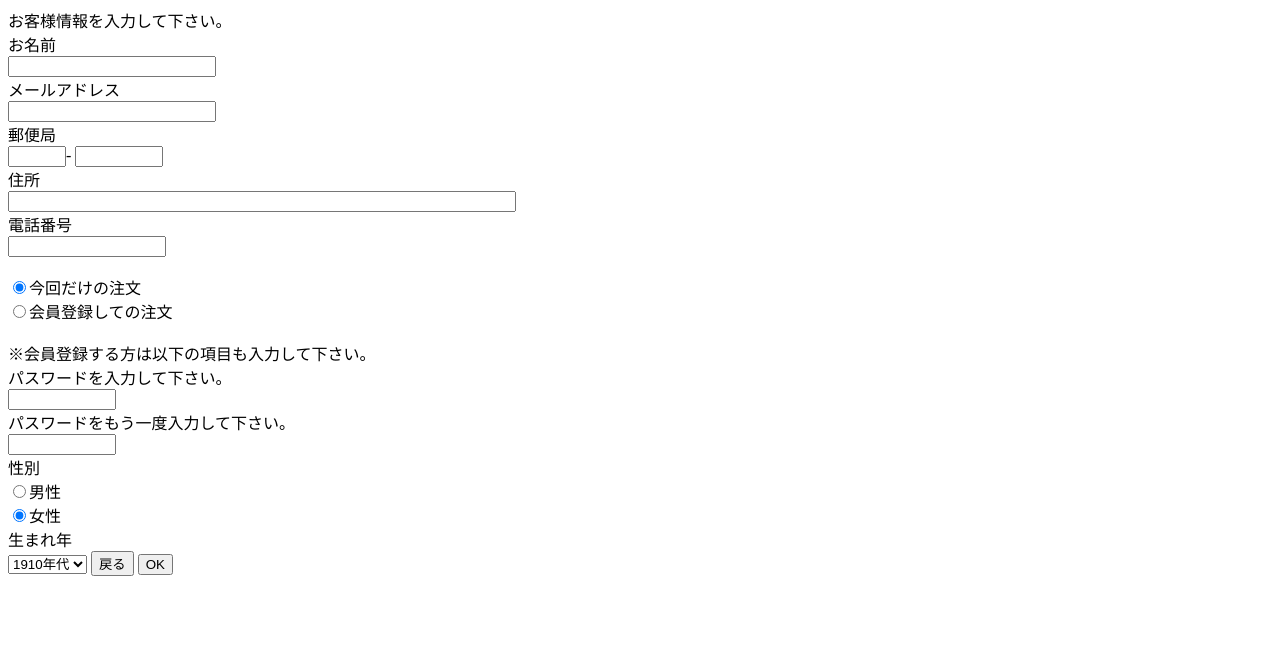
Repository: hayashikazuki/quroud9
Page: shopping_hp/shop/shop_form.html
The author's editor kept a record of every edit. The page is drawn from the files as they stood at one moment, then again after the next edit.
The browser window is 1280 px wide. The pictures show the whole page.

Above is the page before.

### shopping_hp/shop/shop_form.html
<!DOCTYPE html>
<html lang="ja">
    <head>
        <meta charset="UTF-8">
        <title>ろくまる農園</title>
    </head>
    <body>

    お客様情報を入力して下さい。<br />
    <form method="post" action="shop_form_check.php">
        お名前<br />
        <input type="text" name="onamae" style="width:200px"><br />
        メールアドレス<br />
        <input type="text" name="email" style="width:200px"><br />
        郵便局<br />
        <input type="text" name="postal1" style="width:50px">-
        <input type="text" name="postal2" style="width:80px"><br />
        住所<br />
        <input type="text" name="address" style="width:500px"><br />
        電話番号<br />
        <input type="text" name="tel" style="width:150px"><br />
        <br />
        <input type="radio" name="chumon" value="chumonkonkai" checked>今回だけの注文<br />
        <input type="radio" name="chumon" value="chumontouroku">会員登録しての注文<br />
        <br />
        ※会員登録する方は以下の項目も入力して下さい。<br />
        パスワードを入力して下さい。<br />
        <input type="password" name="pass" style="width:100px"><br />
        パスワードをもう一度入力して下さい。<br />
        <input type="password" name="pass2" style="width:100px"><br />
        性別<br />
        <input type="radio" name="danjo" value="dan" checked>男性<br />
        <input type="radio" name="danjo" value="jo" checked>女性<br />
        生まれ年<br />
        <select name="birth">
            <option value="1910">1910年代</option>
            <option value="1920">1920年代</option>
            <option value="1930">1930年代</option>
            <option value="1940">1940年代</option>
            <option value="1950">1950年代</option>
            <option value="1960">1960年代</option>
            <option value="1970">1970年代</option>
            <option value="1980">1980年代</option>
            <option value="1990">1990年代</option>
            <option value="2000">2000年代</option>
            <option value="2010">2010年代</option>
        </select>

        <input type="button" onclick="history.back()" value="戻る">
        <input type="submit" value="OK"><br />
    </form>
    </body>
</html>

After the next edit:
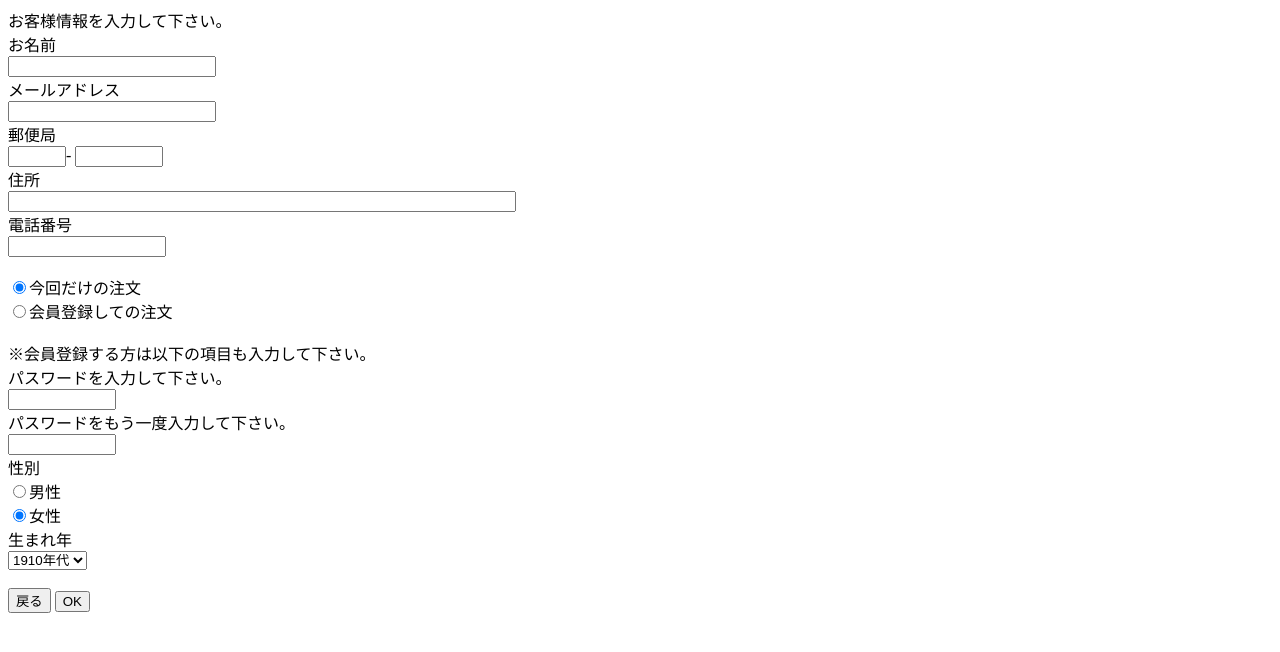
The edit:
--- a/shopping_hp/shop/shop_form.html
+++ b/shopping_hp/shop/shop_form.html
@@ -45,6 +45,8 @@
             <option value="2000">2000年代</option>
             <option value="2010">2010年代</option>
         </select>
+        <br />
+        <br />
 
         <input type="button" onclick="history.back()" value="戻る">
         <input type="submit" value="OK"><br />
